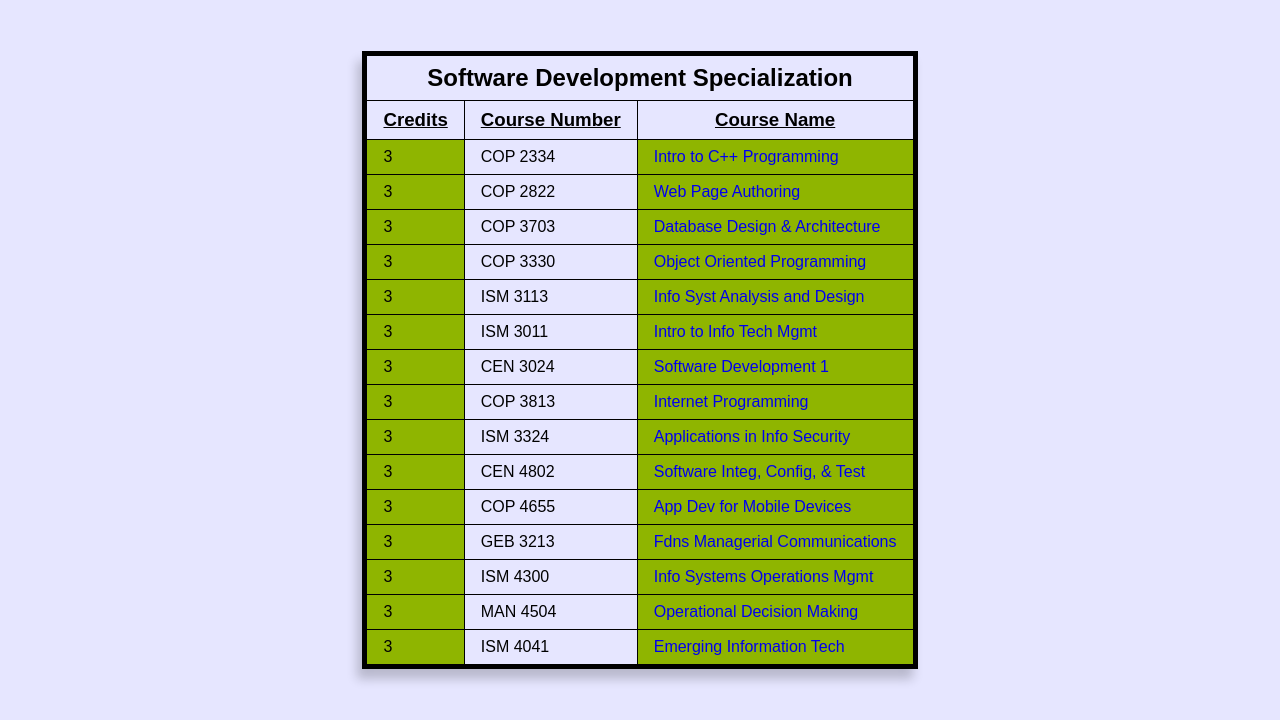
Repository: mlmEFSC21/P5-DegreeTableStyling
Page: FormattedProgramSpecialization3.html
The author's editor kept a copy of each file at every save. The page is drawn from the files as they stood at one save, then again after the next save.
The browser window is 1280 px wide. The pictures show the whole page.
Some web fonts or font styles are not loaded; a fallback is used.

Above is the page before, as saved 2022-02-07 15:54:36.

### FormattedProgramSpecialization3.html
<!DOCTYPE html>
<html lang="en">
    <head>
        <meta charset="UTF-8" />
        <meta http-equiv="X-UA-Compatible" content="IE=edge" />
        <meta name="viewport" content="width=device-width, initial-scale=1.0" />
        <link rel="stylesheet" href="tableStyles.css" />
        <title>Degree Specialization Table</title>
    </head>
    <body>
        <table>
            <thead>
                <tr class="tableTitle">
                    <th colspan="3">Software Development Specialization</th>
                </tr>
                <tr class="colTitles">
                    <th>Credits</th>
                    <th>Course Number</th>
                    <th>Course Name</th>
                </tr>
            </thead>
            <tbody>
                <tr>
                    <td>3</td>
                    <td>COP 2334</td>
                    <td>
                        <a
                            href="https://bannerweb.easternflorida.edu/prod/bwckctlg.p_disp_course_detail?cat_term_in=202210&subj_code_in=COP&crse_numb_in=2334"
                            >Intro to C++ Programming</a
                        >
                    </td>
                </tr>
                <tr>
                    <td>3</td>
                    <td>COP 2822</td>
                    <td>
                        <a
                            href="https://bannerweb.easternflorida.edu/prod/bwckctlg.p_disp_course_detail?cat_term_in=202210&subj_code_in=COP&crse_numb_in=2822"
                            >Web Page Authoring</a
                        >
                    </td>
                </tr>
                <tr>
                    <td>3</td>
                    <td>COP 3703</td>
                    <td>
                        <a
                            href="https://bannerweb.easternflorida.edu/prod/bwckctlg.p_disp_course_detail?cat_term_in=202210&subj_code_in=COP&crse_numb_in=3703"
                            >Database Design & Architecture</a
                        >
                    </td>
                </tr>
                <tr>
                    <td>3</td>
                    <td>COP 3330</td>
                    <td>
                        <a
                            href="https://bannerweb.easternflorida.edu/prod/bwckctlg.p_disp_course_detail?cat_term_in=202210&subj_code_in=COP&crse_numb_in=3330"
                            >Object Oriented Programming</a
                        >
                    </td>
                </tr>
                <tr>
                    <td>3</td>
                    <td>ISM 3113</td>
                    <td>
                        <a
                            href="https://bannerweb.easternflorida.edu/prod/bwckctlg.p_disp_course_detail?cat_term_in=202210&subj_code_in=ISM&crse_numb_in=3113"
                            >Info Syst Analysis and Design</a
                        >
                    </td>
                </tr>
                <tr>
                    <td>3</td>
                    <td>ISM 3011</td>
                    <td>
                        <a
                            href="https://bannerweb.easternflorida.edu/prod/bwckctlg.p_disp_course_detail?cat_term_in=202210&subj_code_in=ISM&crse_numb_in=3011"
                            >Intro to Info Tech Mgmt</a
                        >
                    </td>
                </tr>
                <tr>
                    <td>3</td>
                    <td>CEN 3024</td>
                    <td>
                        <a
                            href="https://bannerweb.easternflorida.edu/prod/bwckctlg.p_disp_course_detail?cat_term_in=202210&subj_code_in=CEN&crse_numb_in=3024"
                            >Software Development 1</a
                        >
                    </td>
                </tr>
                <tr>
                    <td>3</td>
                    <td>COP 3813</td>
                    <td>
                        <a
                            href="https://bannerweb.easternflorida.edu/prod/bwckctlg.p_disp_course_detail?cat_term_in=202210&subj_code_in=COP&crse_numb_in=3813"
                            >Internet Programming</a
                        >
                    </td>
                </tr>
                <tr>
                    <td>3</td>
                    <td>ISM 3324</td>
                    <td>
                        <a
                            href="https://bannerweb.easternflorida.edu/prod/bwckctlg.p_disp_course_detail?cat_term_in=202210&subj_code_in=ISM&crse_numb_in=3324"
                            >Applications in Info Security</a
                        >
                    </td>
                </tr>
                <tr>
                    <td>3</td>
                    <td>CEN 4802</td>
                    <td>
                        <a
                            href="https://bannerweb.easternflorida.edu/prod/bwckctlg.p_disp_course_detail?cat_term_in=202210&subj_code_in=CEN&crse_numb_in=4802"
                            >Software Integ, Config, & Test</a
                        >
                    </td>
                </tr>
                <tr>
                    <td>3</td>
                    <td>COP 4655</td>
                    <td>
                        <a
                            href="https://bannerweb.easternflorida.edu/prod/bwckctlg.p_disp_course_detail?cat_term_in=202210&subj_code_in=COP&crse_numb_in=4655"
                            >App Dev for Mobile Devices</a
                        >
                    </td>
                </tr>
                <tr>
                    <td>3</td>
                    <td>GEB 3213</td>
                    <td>
                        <a
                            href="https://bannerweb.easternflorida.edu/prod/bwckctlg.p_disp_course_detail?cat_term_in=202210&subj_code_in=GEB&crse_numb_in=3213"
                            >Fdns Managerial Communications</a
                        >
                    </td>
                </tr>
                <tr>
                    <td>3</td>
                    <td>ISM 4300</td>
                    <td>
                        <a
                            href="https://bannerweb.easternflorida.edu/prod/bwckctlg.p_disp_course_detail?cat_term_in=202210&subj_code_in=ISM&crse_numb_in=4300"
                            >Info Systems Operations Mgmt</a
                        >
                    </td>
                </tr>
                <tr>
                    <td>3</td>
                    <td>MAN 4504</td>
                    <td>
                        <a
                            href="https://bannerweb.easternflorida.edu/prod/bwckctlg.p_disp_course_detail?cat_term_in=202210&subj_code_in=MAN&crse_numb_in=4504"
                            >Operational Decision Making</a
                        >
                    </td>
                </tr>
                <tr>
                    <td>3</td>
                    <td>ISM 4041</td>
                    <td>
                        <a
                            href="https://bannerweb.easternflorida.edu/prod/bwckctlg.p_disp_course_detail?cat_term_in=202210&subj_code_in=ISM&crse_numb_in=4041"
                            >Emerging Information Tech</a
                        >
                    </td>
                </tr>
            </tbody>
        </table>
    </body>
</html>

### tableStyles.css
@import url("https://fonts.googleapis.com/css2?family=Spectral:wght@400&display=swap");

:root {
    --clr-prime: #003c5e;
    --clr-second: #1a2028;
    --clr-accent: #8fb500;
    --clr-font-prime: #5b8ead;
    --clr-font-second: black;
    --clr-background: #e6e6ff;
}
*,
*::before,
*::after {
    margin: 0;
    padding: 0;
    box-sizing: border-box;
}
body {
    font-family: Spectral, sans-serif;
    height: 100vh;
    display: grid;
    align-items: center;
    justify-content: center;
    background-color: var(--clr-background);
}
/* border added here */
table {
    border-collapse: collapse;
    box-shadow: -5px 10px 10px rgba(0, 0, 0, 0.2);
    border: 5px solid black;
    padding: 0.25rem;
}
/* centered text of first to rows (table header) */
thead {
    text-align: center;
}
/* used two classes to change the sizes, decorations, etc. */
.tableTitle {
    font-size: 18pt;
    font-weight: bold;
    text-align: center;
}
.colTitles {
    font-size: 14pt;
    text-decoration: underline;
}
th {
    border: 1px solid black;
    padding: 0.5rem 1rem;
}
/* added the font size and text alignment for the row data here */
td {
    border: 1px solid black;
    padding: 0.5rem 1rem;
    font-size: 12pt;
    text-align: left;
}
td:nth-child(odd) {
    background-color: var(--clr-accent);
}
a {
    text-decoration: none;
}
a:hover {
    color: var(--clr-prime);
    text-decoration: underline;
}

After the next save:
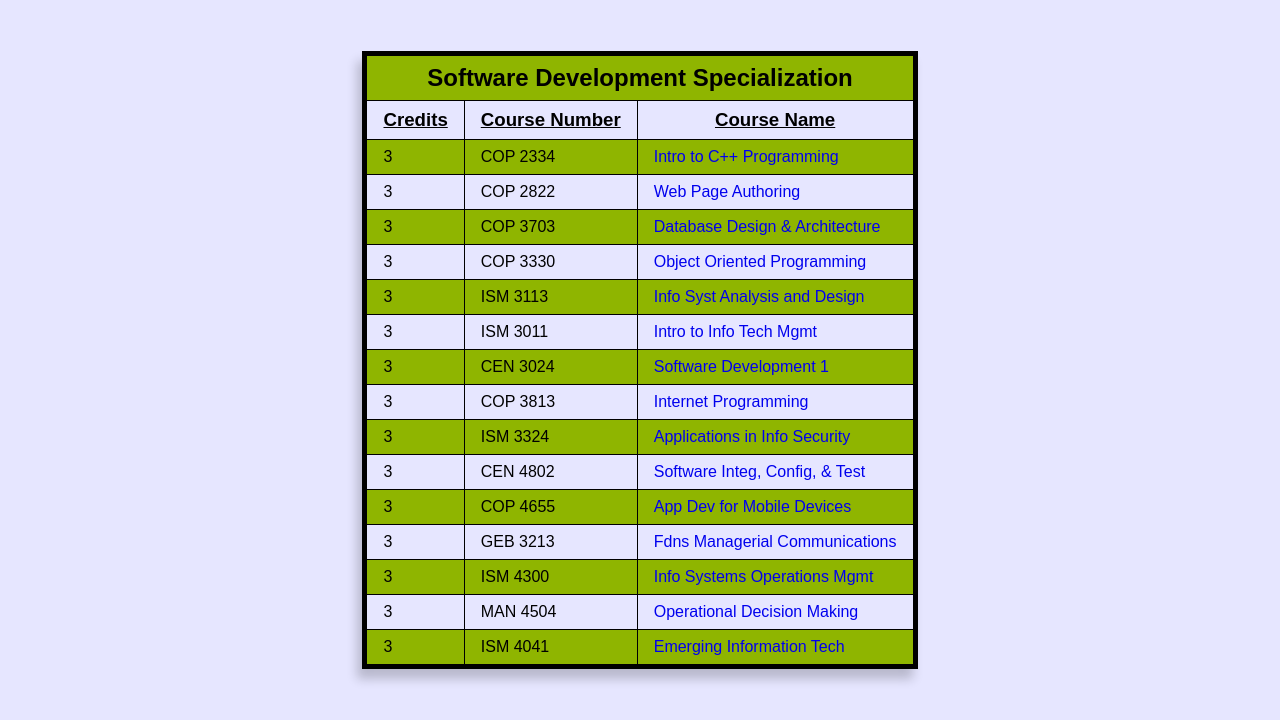
Saved 16 s later.
--- a/tableStyles.css
+++ b/tableStyles.css
@@ -55,7 +55,7 @@ td {
     font-size: 12pt;
     text-align: left;
 }
-td:nth-child(odd) {
+tr:nth-child(odd) {
     background-color: var(--clr-accent);
 }
 a {
